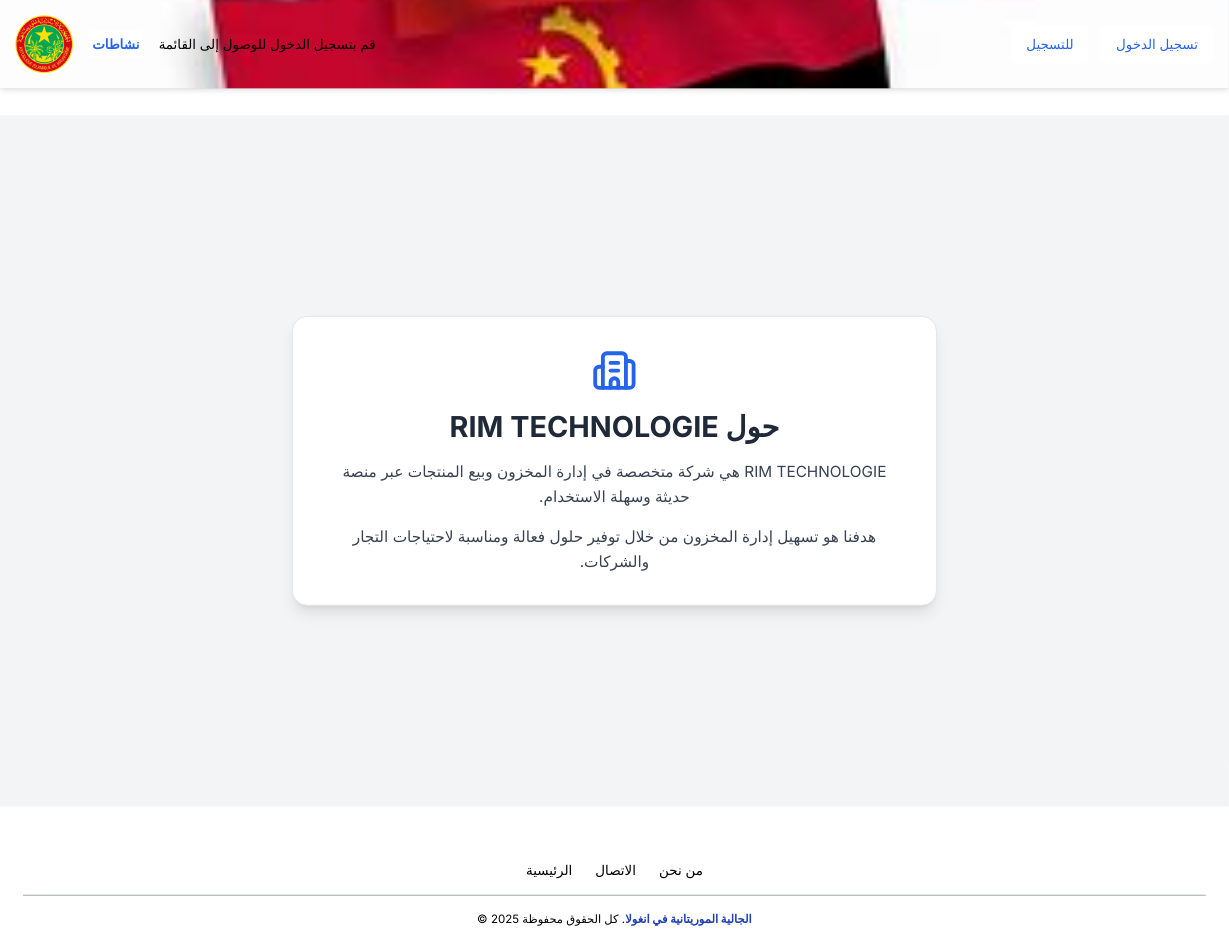
Repository: lamatmed/cmra
Page: /about
These files come from the project's save history. The page is drawn as it stood at one moment and after the next save; the edit follows.
The browser window is 1280 px wide. The pictures show the whole page, at 96% of full size.
The project was rebuilt for these pictures with package versions that can differ from the ones it lists, and the page was loaded fresh each time. The framework's server and built-in components were replaced by stand-ins that run in the browser. Also part of the build but not shown: next.config.js, components/ui/dropdown-menu.tsx.

Above is the page before, as saved 2025-04-13 20:23:44.

After the next save:
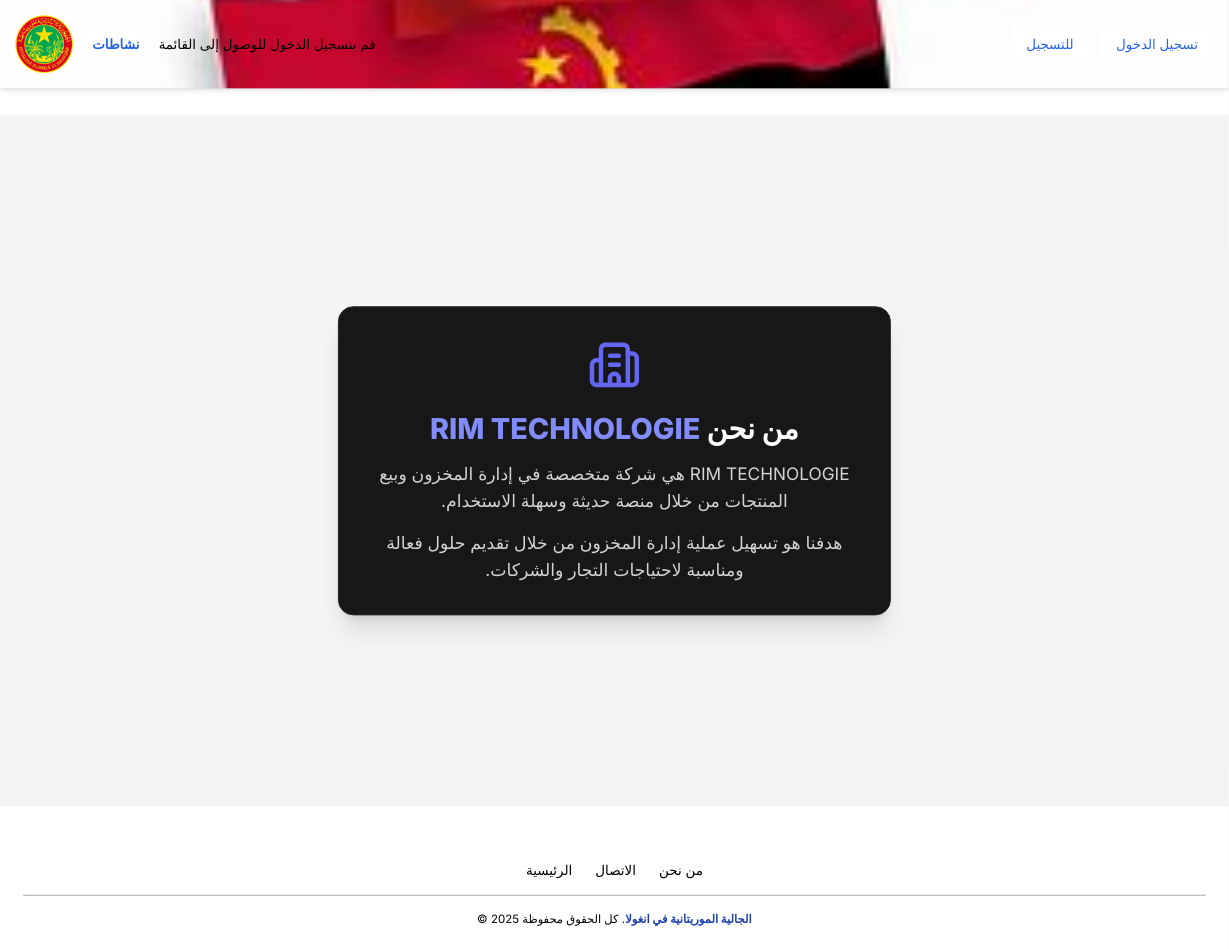
Saved 4 min 30 s later.
--- a/app/about/page.tsx
+++ b/app/about/page.tsx
@@ -3,8 +3,24 @@
 import { motion } from "framer-motion";
 import { Building2 } from "lucide-react";
 import { Card, CardContent } from "@/components/ui/card";
+import { useEffect, useState } from "react";
+import Loader from "@/components/Loader";
 
 const About = () => {
+  const [loading, setLoading] = useState(true);
+
+  useEffect(() => {
+    const timeout = setTimeout(() => {
+      setLoading(false);
+    }, 1500);
+
+    return () => clearTimeout(timeout);
+  }, []);
+
+  if (loading) {
+    return <Loader />;
+  }
+
   return (
     <motion.div
       initial={{ opacity: 0, y: 20 }}
@@ -13,17 +29,19 @@
       className="flex justify-center items-center min-h-screen bg-gray-100 px-4"
       dir="rtl"
     >
-      <Card className="w-full max-w-2xl shadow-lg rounded-2xl overflow-hidden">
-        <CardContent className="p-8 text-center">
-          <div className="flex justify-center mb-4">
-            <Building2 className="w-12 h-12 text-blue-600" />
+      <Card className="w-full max-w-xl bg-neutral-900 text-white shadow-xl rounded-2xl border border-neutral-800">
+        <CardContent className="p-6 sm:p-8 text-center">
+          <div className="flex justify-center mb-5">
+            <Building2 className="w-14 h-14 text-indigo-500" />
           </div>
-          <h1 className="text-3xl font-bold text-gray-800 mb-4">حول RIM TECHNOLOGIE</h1>
-          <p className="text-gray-700 leading-relaxed">
-            RIM TECHNOLOGIE هي شركة متخصصة في إدارة المخزون وبيع المنتجات عبر منصة حديثة وسهلة الاستخدام.
+          <h1 className="text-3xl font-extrabold text-white mb-4">
+            من نحن <span className="text-indigo-400">RIM TECHNOLOGIE</span>
+          </h1>
+          <p className="text-neutral-300 leading-relaxed text-base sm:text-lg">
+            RIM TECHNOLOGIE هي شركة متخصصة في إدارة المخزون وبيع المنتجات من خلال منصة حديثة وسهلة الاستخدام.
           </p>
-          <p className="text-gray-700 leading-relaxed mt-4">
-            هدفنا هو تسهيل إدارة المخزون من خلال توفير حلول فعالة ومناسبة لاحتياجات التجار والشركات.
+          <p className="text-neutral-300 leading-relaxed mt-4 text-base sm:text-lg">
+            هدفنا هو تسهيل عملية إدارة المخزون من خلال تقديم حلول فعالة ومناسبة لاحتياجات التجار والشركات.
           </p>
         </CardContent>
       </Card>
